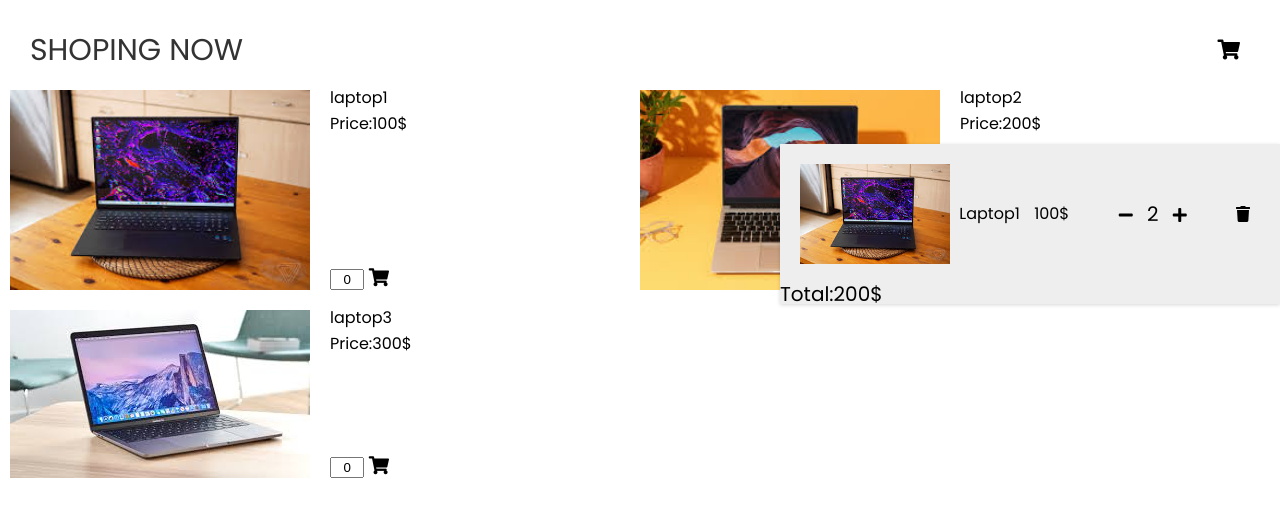
Repository: nttthao9/shopingcart
Page: index.html
The author's editor kept a copy of each file at every save. The page is drawn from the files as they stood at one save, then again after the next save.
The browser window is 1280 px wide. The pictures show the whole page.
Some web libraries are served in a nearby version.

Above is the page before, as saved 2021-10-04 15:05:42.

After the next save:
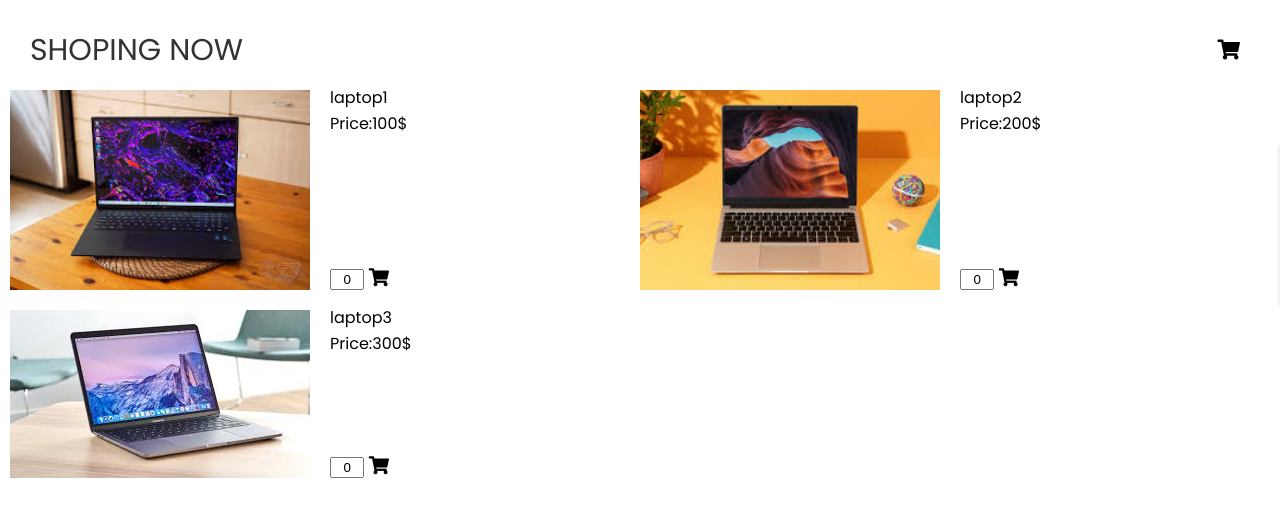
Saved 36 s later.
--- a/styles/style.css
+++ b/styles/style.css
@@ -89,6 +89,7 @@
   width: 50rem;
   background-color: #eee;
   box-shadow: rgba(0, 0, 0, 0.16) 0px 1px 4px;
+  transform: translateX(100%);
 }
 .cart-image {
   width: 15rem;

After the 2 saves that followed:
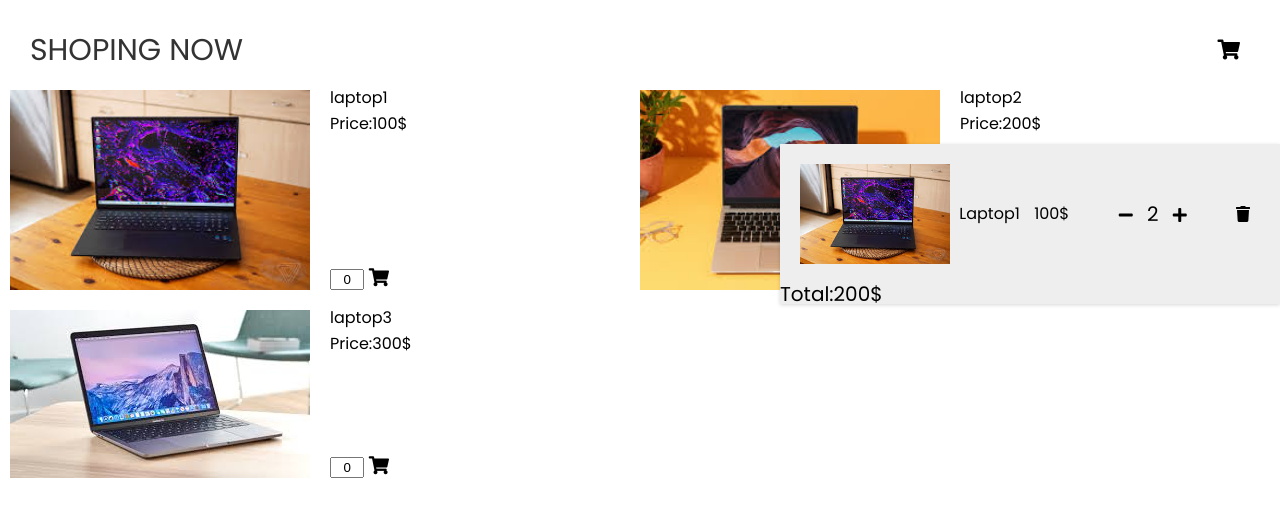
The 2 saves are shown as one change because 1 left the picture as it was.
The last was saved 35 s later.
--- a/index.html
+++ b/index.html
@@ -37,7 +37,7 @@
         </div>
       </div> -->
     </div>
-    <div class="cart">
+    <div class="cart active">
       <div class="cart-item">
         <img src="./images/laptop1.jpg" alt="" class="cart-image">
         <div class="cart-desc">
--- a/styles/style.css
+++ b/styles/style.css
@@ -91,6 +91,9 @@
   box-shadow: rgba(0, 0, 0, 0.16) 0px 1px 4px;
   transform: translateX(100%);
 }
+.cart.active {
+  transform: translateX(0);
+}
 .cart-image {
   width: 15rem;
 }
